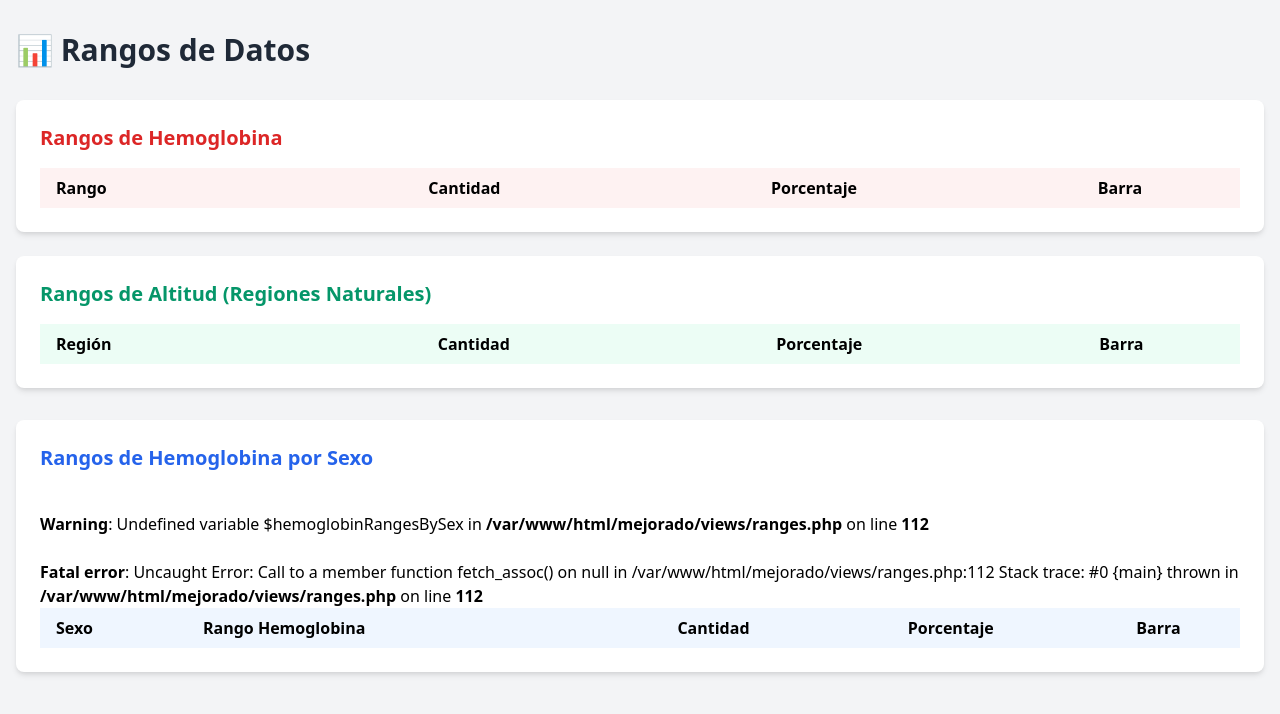
Repository: jayler10/datos_salud_peru
Page: http://localhost/mejorado/views/ranges.php
These files come from the project's save history. The page is drawn as it stood at one moment and after the next save; the edit follows.
The browser window is 1280 px wide. The pictures show the whole page.
The page is run by PHP 8.4 with error messages shown; the project is at /var/www/html/. Queries for data that is not in the repository find no rows.

Above is the page before, as saved 2025-05-28 11:46:59.

### mejorado/views/ranges.php
<?php
// ranges.php - Interface para rangos de datos
require_once __DIR__ . '/../controllers/StatsController.php';
require_once __DIR__ . '/../config/database.php';



$statsController = new StatsController($mysqli);
$hemoglobinRanges = $statsController->getHemoglobinRanges();
$altitudeRanges = $statsController->getAltitudeRanges();
?>

<!DOCTYPE html>
<html lang="es">
<head>
    <meta charset="UTF-8">
    <meta name="viewport" content="width=device-width, initial-scale=1.0">
    <title>Rangos de Datos</title>
    <link href="https://cdn.jsdelivr.net/npm/tailwindcss@2.2.19/dist/tailwind.min.css" rel="stylesheet">
</head>
<body class="bg-gray-100">
    <div class="container mx-auto px-4 py-8">
        <h1 class="text-3xl font-bold text-gray-800 mb-8">📊 Rangos de Datos</h1>

        <!-- Rangos de Hemoglobina -->
        <div class="bg-white rounded-lg shadow-md p-6 mb-6">
            <h2 class="text-xl font-semibold mb-4 text-red-600">Rangos de Hemoglobina</h2>
            <div class="overflow-x-auto">
                <table class="min-w-full table-auto">
                    <thead class="bg-red-50">
                        <tr>
                            <th class="px-4 py-2 text-left">Rango</th>
                            <th class="px-4 py-2 text-center">Cantidad</th>
                            <th class="px-4 py-2 text-center">Porcentaje</th>
                            <th class="px-4 py-2 text-center">Barra</th>
                        </tr>
                    </thead>
                    <tbody>
                        <?php while ($row = $hemoglobinRanges->fetch_assoc()): ?>
                        <tr class="border-b hover:bg-gray-50">
                            <td class="px-4 py-2 font-medium"><?= htmlspecialchars($row['rango_hb']) ?></td>
                            <td class="px-4 py-2 text-center"><?= number_format($row['cantidad']) ?></td>
                            <td class="px-4 py-2 text-center">
                                <span class="bg-red-100 text-red-800 px-2 py-1 rounded text-sm">
                                    <?= $row['porcentaje'] ?>%
                                </span>
                            </td>
                            <td class="px-4 py-2">
                                <div class="w-full bg-gray-200 rounded-full h-2">
                                    <div class="bg-red-500 h-2 rounded-full" style="width: <?= $row['porcentaje'] ?>%"></div>
                                </div>
                            </td>
                        </tr>
                        <?php endwhile; ?>
                    </tbody>
                </table>
            </div>
        </div>

        <!-- Rangos de Altitud -->
        <div class="bg-white rounded-lg shadow-md p-6">
            <h2 class="text-xl font-semibold mb-4 text-green-600">Rangos de Altitud (Regiones Naturales)</h2>
            <div class="overflow-x-auto">
                <table class="min-w-full table-auto">
                    <thead class="bg-green-50">
                        <tr>
                            <th class="px-4 py-2 text-left">Región</th>
                            <th class="px-4 py-2 text-center">Cantidad</th>
                            <th class="px-4 py-2 text-center">Porcentaje</th>
                            <th class="px-4 py-2 text-center">Barra</th>
                        </tr>
                    </thead>
                    <tbody>
                        <?php while ($row = $altitudeRanges->fetch_assoc()): ?>
                        <tr class="border-b hover:bg-gray-50">
                            <td class="px-4 py-2 font-medium"><?= htmlspecialchars($row['rango_altura']) ?></td>
                            <td class="px-4 py-2 text-center"><?= number_format($row['cantidad']) ?></td>
                            <td class="px-4 py-2 text-center">
                                <span class="bg-green-100 text-green-800 px-2 py-1 rounded text-sm">
                                    <?= $row['porcentaje'] ?>%
                                </span>
                            </td>
                            <td class="px-4 py-2">
                                <div class="w-full bg-gray-200 rounded-full h-2">
                                    <div class="bg-green-500 h-2 rounded-full" style="width: <?= $row['porcentaje'] ?>%"></div>
                                </div>
                            </td>
                        </tr>
                        <?php endwhile; ?>
                    </tbody>
                </table>
            </div>
        </div>



        <!-- Rangos de Hemoglobina por Sexo -->
<div class="bg-white rounded-lg shadow-md p-6 mt-8">
    <h2 class="text-xl font-semibold mb-4 text-blue-600">Rangos de Hemoglobina por Sexo</h2>
    <div class="overflow-x-auto">
        <table class="min-w-full table-auto">
            <thead class="bg-blue-50">
                <tr>
                    <th class="px-4 py-2 text-left">Sexo</th>
                    <th class="px-4 py-2 text-left">Rango Hemoglobina</th>
                    <th class="px-4 py-2 text-center">Cantidad</th>
                    <th class="px-4 py-2 text-center">Porcentaje</th>
                    <th class="px-4 py-2 text-center">Barra</th>
                </tr>
            </thead>
            <tbody>
                <?php while ($row = $hemoglobinRangesBySex->fetch_assoc()): ?>
                <tr class="border-b hover:bg-gray-50">
                    <td class="px-4 py-2 font-medium"><?= htmlspecialchars(ucfirst($row['sexo'])) ?></td>
                    <td class="px-4 py-2"><?= htmlspecialchars($row['rango_hb']) ?></td>
                    <td class="px-4 py-2 text-center"><?= number_format($row['cantidad']) ?></td>
                    <td class="px-4 py-2 text-center">
                        <span class="bg-blue-100 text-blue-800 px-2 py-1 rounded text-sm">
                            <?= $row['porcentaje'] ?>%
                        </span>
                    </td>
                    <td class="px-4 py-2">
                        <div class="w-full bg-gray-200 rounded-full h-2">
                            <div class="bg-blue-500 h-2 rounded-full" style="width: <?= $row['porcentaje'] ?>%"></div>
                        </div>
                    </td>
                </tr>
                <?php endwhile; ?>
            </tbody>
        </table>
    </div>
</div>










    </div>
</body>
</html>

### mejorado/config/database.php
<?php
// config/database.php - Configuración de la base de datos

// Mostrar errores (solo en desarrollo)
ini_set('display_errors', 1);
error_reporting(E_ALL);

// Configuración de la base de datos
$db_config = [
    'host' => 'localhost',
    'username' => 'root',
    'password' => '',
    'database' => 'salud_puno',
    'charset' => 'utf8mb4'
];

try {
    // Crear conexión mysqli y asignar a $mysqli
    $mysqli = new mysqli(
        $db_config['host'],
        $db_config['username'],
        $db_config['password'],
        $db_config['database']
    );

    // Configurar charset
    $mysqli->set_charset($db_config['charset']);

    // Verificar conexión
    if ($mysqli->connect_error) {
        throw new Exception('Error de conexión: ' . $mysqli->connect_error);
    }

} catch (Exception $e) {
    die('Error al conectar con la base de datos: ' . $e->getMessage());
}

// Función para cerrar la conexión
function closeDatabase() {
    global $mysqli;
    if ($mysqli) {
        $mysqli->close();
    }
}

// Registrar función de cierre
register_shutdown_function('closeDatabase');

Loaded but not shown: mejorado/controllers/StatsController.php (486 lines, source omitted)

After the next save:
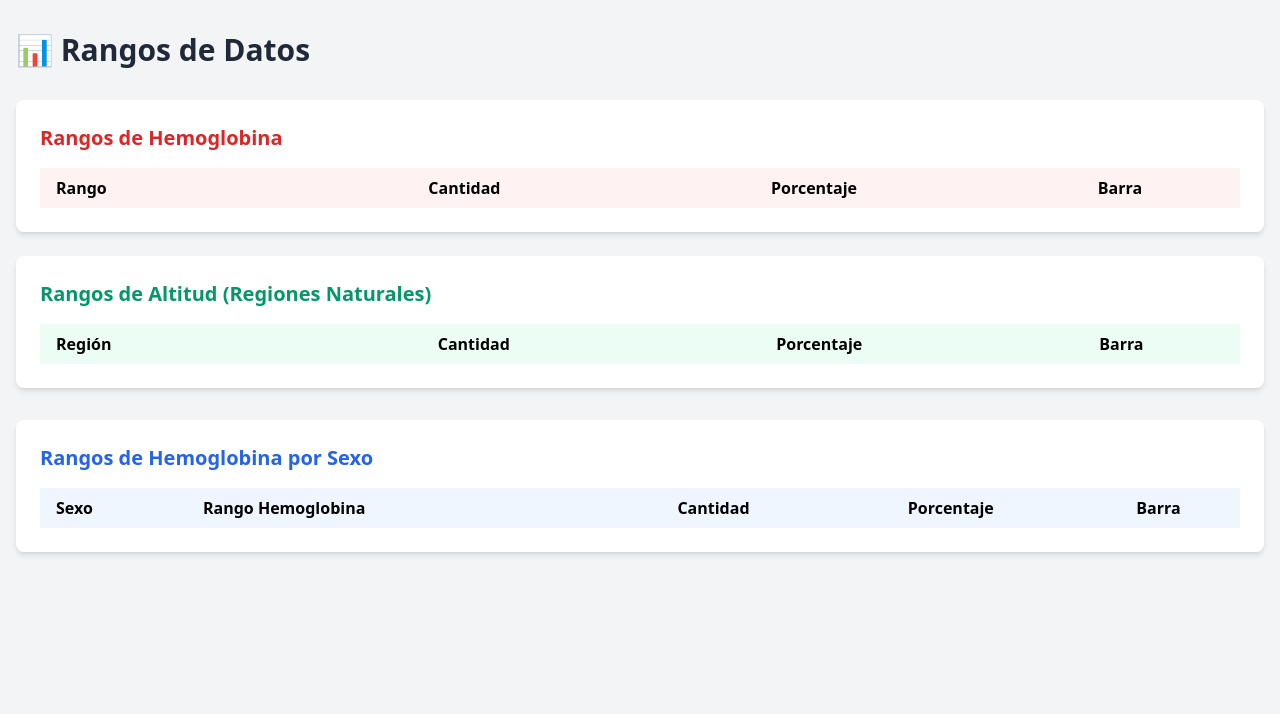
Saved 12 s later.
--- a/mejorado/views/ranges.php
+++ b/mejorado/views/ranges.php
@@ -8,6 +8,10 @@ require_once __DIR__ . '/../config/database.php';
 $statsController = new StatsController($mysqli);
 $hemoglobinRanges = $statsController->getHemoglobinRanges();
 $altitudeRanges = $statsController->getAltitudeRanges();
+
+
+$hemoglobinRangesBySex = $statsController->getHemoglobinRangesBySex();
+
 ?>
 
 <!DOCTYPE html>
